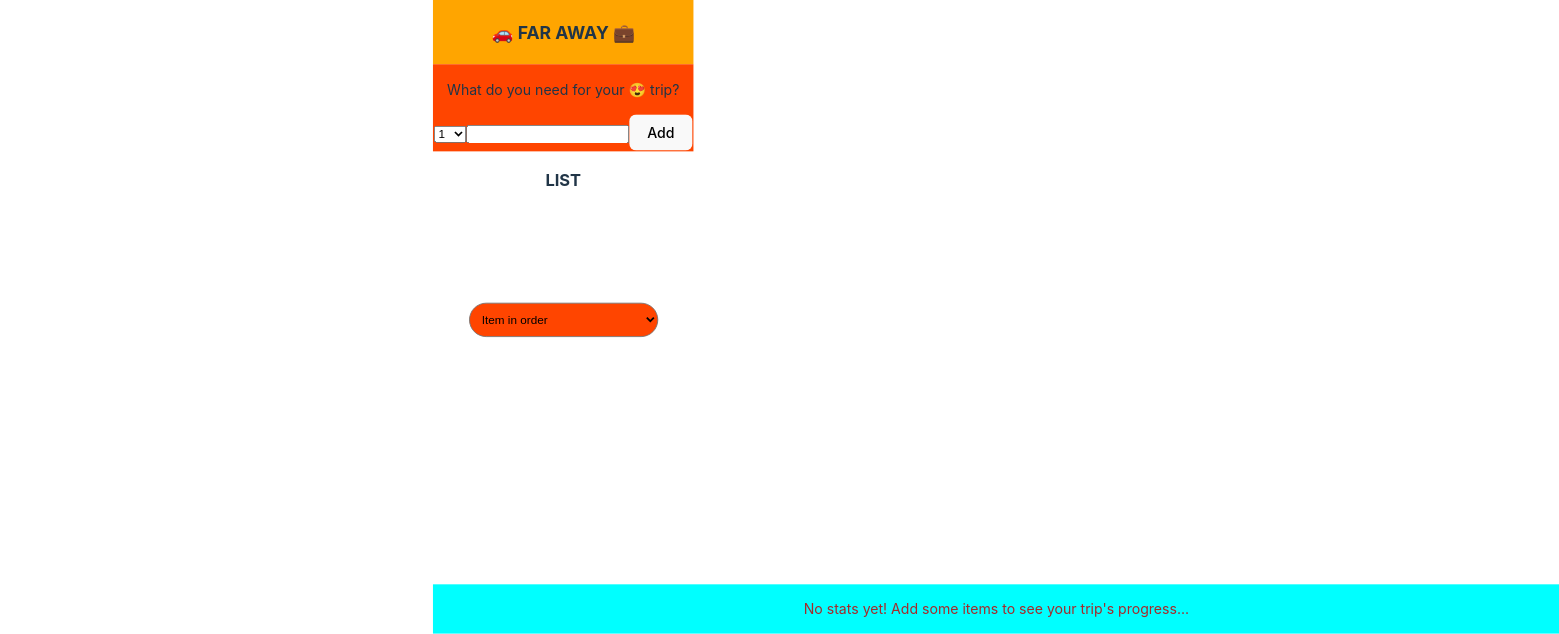
Repository: Celebration-cloud/Trip-Add-To-List
Page: /
The author's editor kept a copy of each file at every save. The page is drawn from the files as they stood at one save, then again after a run of saves.
The browser window is 1280 px wide. The page is 1772 px wide, then 1750 px, then 1772 px, so the pictures cover 1772 px, including what lies to the right of the window. The pictures show the whole page, at 88% of full size.
The project was rebuilt for these pictures with package versions that can differ from the ones it lists, and the page was loaded fresh each time. Also part of the build but not shown: vite.config.js.

Above is the page before, as saved 2023-10-29 17:12:57.

After the next 4 saves:
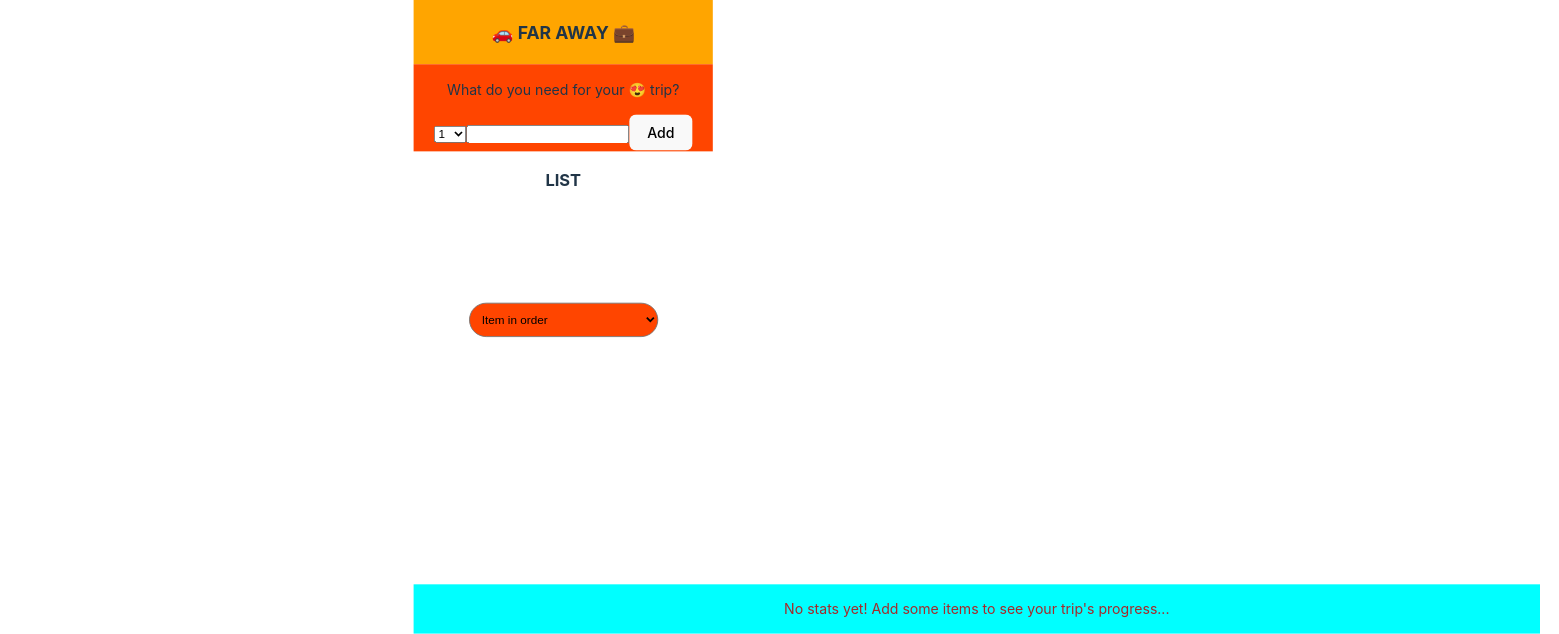
The 4 saves are shown as one change because they came seconds apart.
The last was saved 10 s later.
--- a/src/Trip-List/TripList.jsx
+++ b/src/Trip-List/TripList.jsx
@@ -95,7 +95,7 @@
     <>
       <h3>LIST</h3>
       <ul style={{ listStyleType: "none" }}>
-        <li style={{display: 'flex', flexWrap: "wrap", width: "200px"}}>
+        <li style={{display: 'flex', flexWrap: "wrap", width: "300px"}}>
           {sorting?.map((item) => (
             <>
               <input

After the 2 saves that followed:
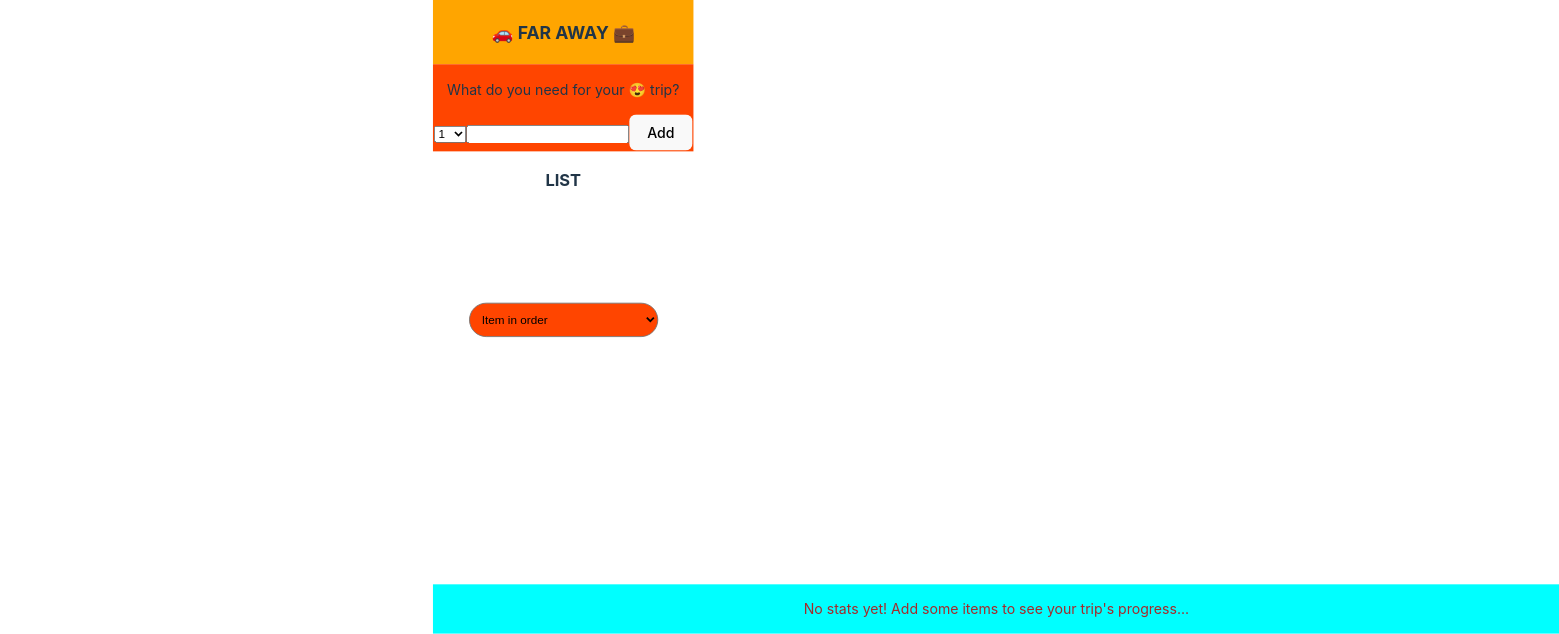
The 2 saves are shown as one change because they came seconds apart.
The last was saved 61 s later.
--- a/src/Trip-List/TripList.jsx
+++ b/src/Trip-List/TripList.jsx
@@ -95,7 +95,7 @@
     <>
       <h3>LIST</h3>
       <ul style={{ listStyleType: "none" }}>
-        <li style={{display: 'flex', flexWrap: "wrap", width: "300px"}}>
+        <li style={{display: 'flex', flexWrap: "wrap"}}>
           {sorting?.map((item) => (
             <>
               <input
